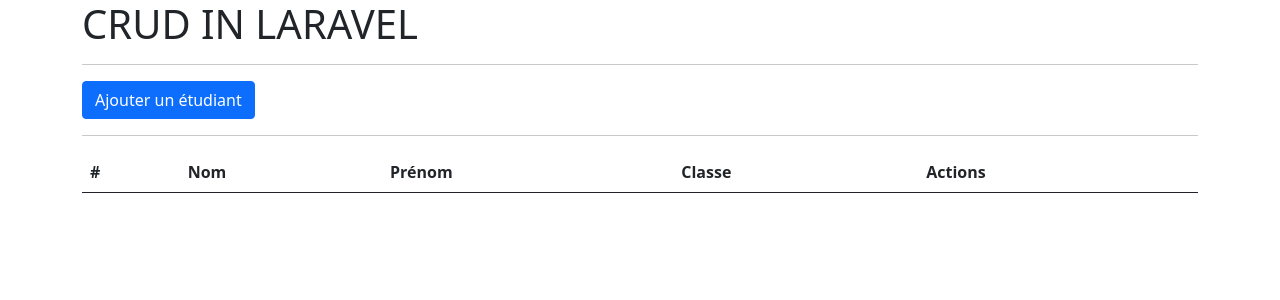
Repository: JunshDev/projetlaravel
Page: http://localhost/etudiant
These files come from the project's save history. The page is drawn as it stood at one moment and after the next save; the edit follows.
The browser window is 1280 px wide. The pictures show the whole page.
The page is served by the project's Laravel application, run on PHP 8.4 with Laravel 9. Other server files are loaded and not shown. Queries for data that is not in the repository find no rows.

Above is the page before, as saved 2023-11-29 11:39:27.

### routes/web.php
<?php

use Illuminate\Support\Facades\Route;
use App\Http\Controllers\Etudiantcontroller;

/*
|--------------------------------------------------------------------------
| Web Routes
|--------------------------------------------------------------------------
|
| Here is where you can register web routes for your application. These
| routes are loaded by the RouteServiceProvider within a group which
| contains the "web" middleware group. Now create something great!
|
*/

Route::get('/update-etudiant/{id}', [Etudiantcontroller::class, 'update_etudiant']);
Route::post('/update/traitement', [Etudiantcontroller::class, 'update_etudiant_traitement']);
Route::get('/etudiant', [Etudiantcontroller::class, 'liste_etudiant']);
Route::get('/ajouter', [Etudiantcontroller::class, 'ajouter_etudiant']);
Route::post('/ajouter/traitement', [Etudiantcontroller::class, 'ajouter_etudiant_traitement']);

### app/Http/Controllers/Etudiantcontroller.php
<?php

namespace App\Http\Controllers;

use Illuminate\Http\Request;
use App\Models\Etudiant;

class Etudiantcontroller extends Controller
{

    public function liste_etudiant()
        {
            $etudiants = Etudiant::all();
            return view('etudiant.liste', compact('etudiants'));
        }

    public function ajouter_etudiant()
    {
        return view('etudiant.ajouter');
    }

    public function ajouter_etudiant_traitement(Request $request)
    {
        $request->validate([
            'nom' => 'required',
            'prenom' => 'required',
            'classe' => 'required',

        ]);

        $etudiant = new Etudiant();
        $etudiant->nom = $request->nom;
        $etudiant->prenom = $request->prenom;
        $etudiant->classe = $request->classe;
        $etudiant->save();

        return redirect('/ajouter')->with('status', 'L\'étudiant a bien été ajouté avec succes.');


    }

    public function update_etudiant($id){
        $etudiants = Etudiant::find($id);

        return view('etudiant.update', compact('etudiants'));
    }

    public function update_etudiant_traitement(Request $request){
        $request->validate([
            'nom' => 'required',
            'prenom' => 'required',
            'classe' => 'required',
            ]);
            $etudiant = Etudiant::find($request->id);
            $etudiant->nom = $request->nom;
            $etudiant->prenom = $request->prenom;
            $etudiant->classe = $request->classe;
            $etudiant->update();
            return redirect('/etudiant')->with('status','L\'étudiant a bien été modifié!');
            }
    }

### app/Models/Etudiant.php
<?php

namespace App\Models;

use Illuminate\Database\Eloquent\Factories\HasFactory;
use Illuminate\Database\Eloquent\Model;

class Etudiant extends Model
{
    use HasFactory;

    protected $fillable = [
        'nom',
        'prenom',
        'classe',
    ];
}

### resources/views/etudiant/liste.blade.php
<!Doctype html>
<html lang="en">
  <head>
    <!-- Required meta tags -->
    <meta charset="utf-8">
    <meta name="viewport" content="width=device-width, initial-scale=1">
    <!-- Bootstrap CSS -->
    <link href="https://cdn.jsdelivr.net/npm/bootstrap@5.0.2/dist/css/bootstrap.min.css" rel="stylesheet" integrity="sha384-EVSTQN3/azprG1Anm3QDgpJLIm9Nao0Yz1ztcQTwFspd3yD65VohhpuuCOmLASjC" crossorigin="anonymous">

    <title>CRUD IN LARAVEL</title>
  </head>
  <body>


    <div class="container">
  <div class="row">
    <div class="col s12">
    <h1>CRUD IN LARAVEL</h1>
    <hr>

        <a href="/ajouter" class="btn btn-primary">Ajouter un étudiant</a>
        <hr>
        @if (session('status'))
            <div class="alert alert-success">
            {{ session('status') }}
        </div>
        @endif
    <table class="table">
        <thead>
        <tr>
            <th>#</th>
            <th>Nom</th>
            <th>Prénom</th>
            <th>Classe</th>
            <th>Actions</th>
        </tr>
        </thead>
        <tbody>
            @foreach ($etudiants as $etudiant)
            <tr>
                <td>{{ $etudiant->id }}</td>
                <td>{{ $etudiant->nom }}</td>
                <td>{{ $etudiant->prenom }}</td>
                <td>{{ $etudiant->classe }}</td>
                <td>
                    <a href="/update-etudiant/{{ $etudiant->id }}" class="btn btn-info">Update</a>
                    <a href="#" class="btn btn-danger">Delete</a>
                </td>
            </tr>

            @endforeach
        </tbody>
    </table>
    </div>

  </div>
</div>

    <script src="https://cdn.jsdelivr.net/npm/bootstrap@5.0.2/dist/js/bootstrap.bundle.min.js" integrity="sha384-MrcW6ZMFYlzcLA8Nl+NtUVF0sA7MsXsP1UyJoMp4YLEuNSfAP+JcXn/tWtIaxVXM" crossorigin="anonymous"></script>

     </body>
</html>

Loaded but not shown: app/Http/Controllers/Controller.php (common file)

After the next save:
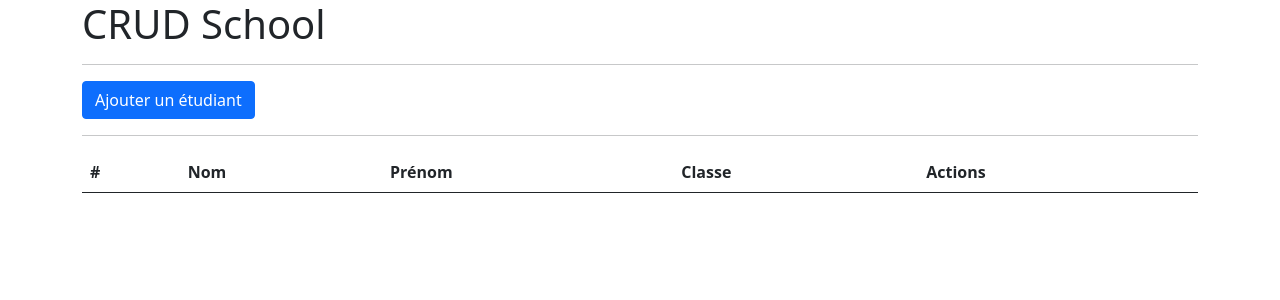
Saved 21 s later.
--- a/resources/views/etudiant/liste.blade.php
+++ b/resources/views/etudiant/liste.blade.php
@@ -7,7 +7,7 @@
     <!-- Bootstrap CSS -->
     <link href="https://cdn.jsdelivr.net/npm/bootstrap@5.0.2/dist/css/bootstrap.min.css" rel="stylesheet" integrity="sha384-EVSTQN3/azprG1Anm3QDgpJLIm9Nao0Yz1ztcQTwFspd3yD65VohhpuuCOmLASjC" crossorigin="anonymous">
 
-    <title>CRUD IN LARAVEL</title>
+    <title>CRUD School</title>
   </head>
   <body>
 
@@ -15,7 +15,7 @@
     <div class="container">
   <div class="row">
     <div class="col s12">
-    <h1>CRUD IN LARAVEL</h1>
+    <h1>CRUD School</h1>
     <hr>
 
         <a href="/ajouter" class="btn btn-primary">Ajouter un étudiant</a>
